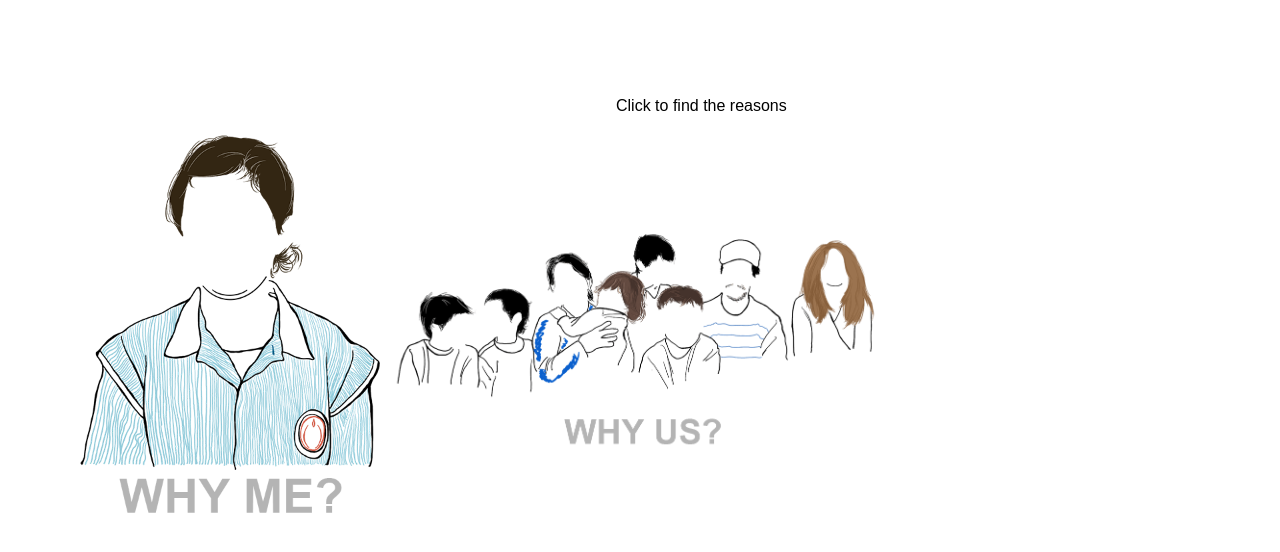
Repository: Lettie123/webpr4
Page: 04.html
These files come from the project's save history. The page is drawn as it stood at one moment and after the next save; the edit follows.
The browser window is 1280 px wide. The pictures show the whole page.
The pointer rests on the first visible `#r01`.

Above is the page before, as saved 2020-11-24 00:19:52.

After the next save:
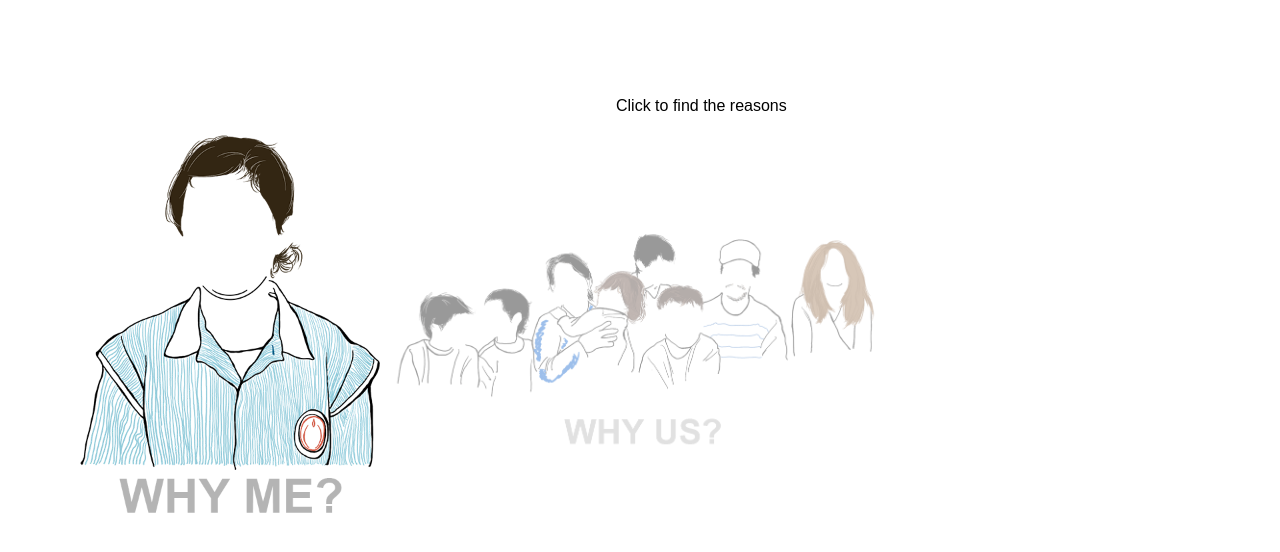
Saved 2 min 26 s later.
--- a/style05.css
+++ b/style05.css
@@ -17,6 +17,10 @@ body {
     width: 400px;
     height: 400px;
 }
+#r01:hover ~ #r02 {
+     opacity: 0.4;
+}
+
 #r02{
     width: 500px;
     height: 250px;
